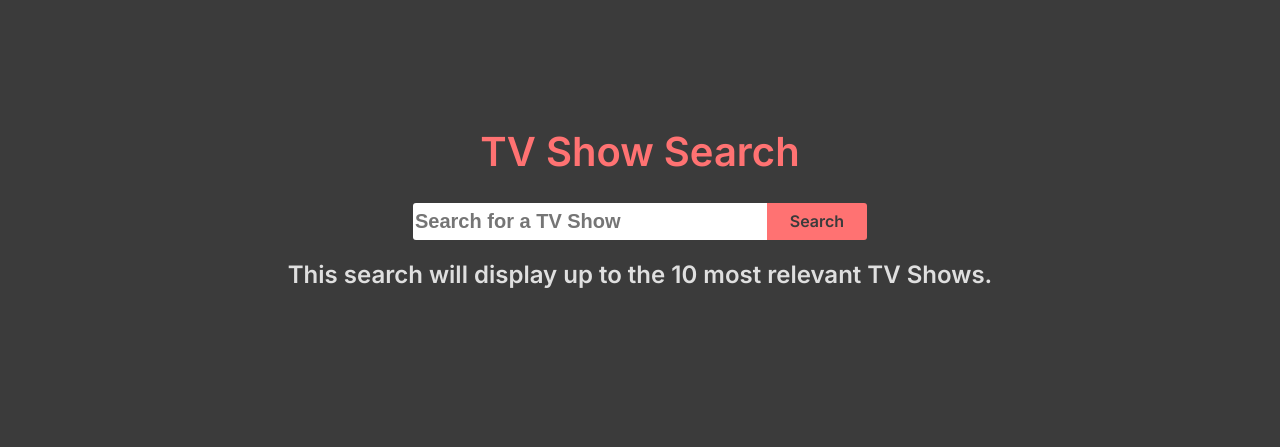
Repository: shayanabedi98/tv-search-react
Page: /
An editor plug-in stored every save of this project. The page is shown before and after the next save, followed by the edit.
The browser window is 1280 px wide. The pictures show the whole page.
The project was rebuilt for these pictures with package versions that can differ from the ones it lists, and the page was loaded fresh each time. Also part of the build but not shown: vite.config.js.

Above is the page before, as saved 2024-01-09 15:25:04.

After the next save:
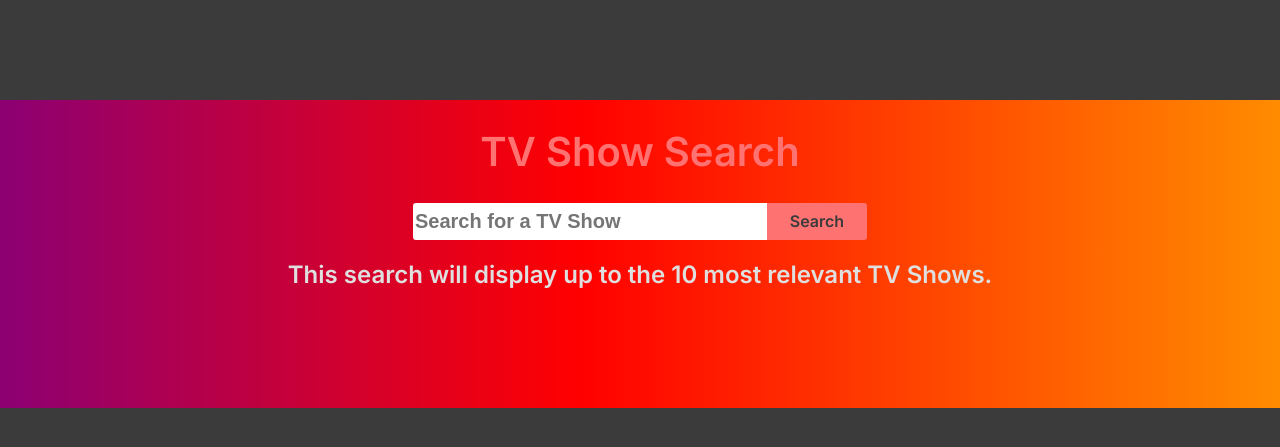
Saved 2 min 37 s later.
--- a/src/index.css
+++ b/src/index.css
@@ -8,8 +8,16 @@ body {
   color: rgb(223, 223, 223);
 }
 
+@keyframes move-bg {
+  0% { background-position: 0% 50%;}
+  100% { background-position: 100% 50%;}
+}
+
 .bg {
-
+  width: 100%;
+  background: linear-gradient(to right, blue, red, yellow);
+  background-size: 200% 200%;
+  animation: move-bg 10s linear infinite;
 }
 
 .search {
